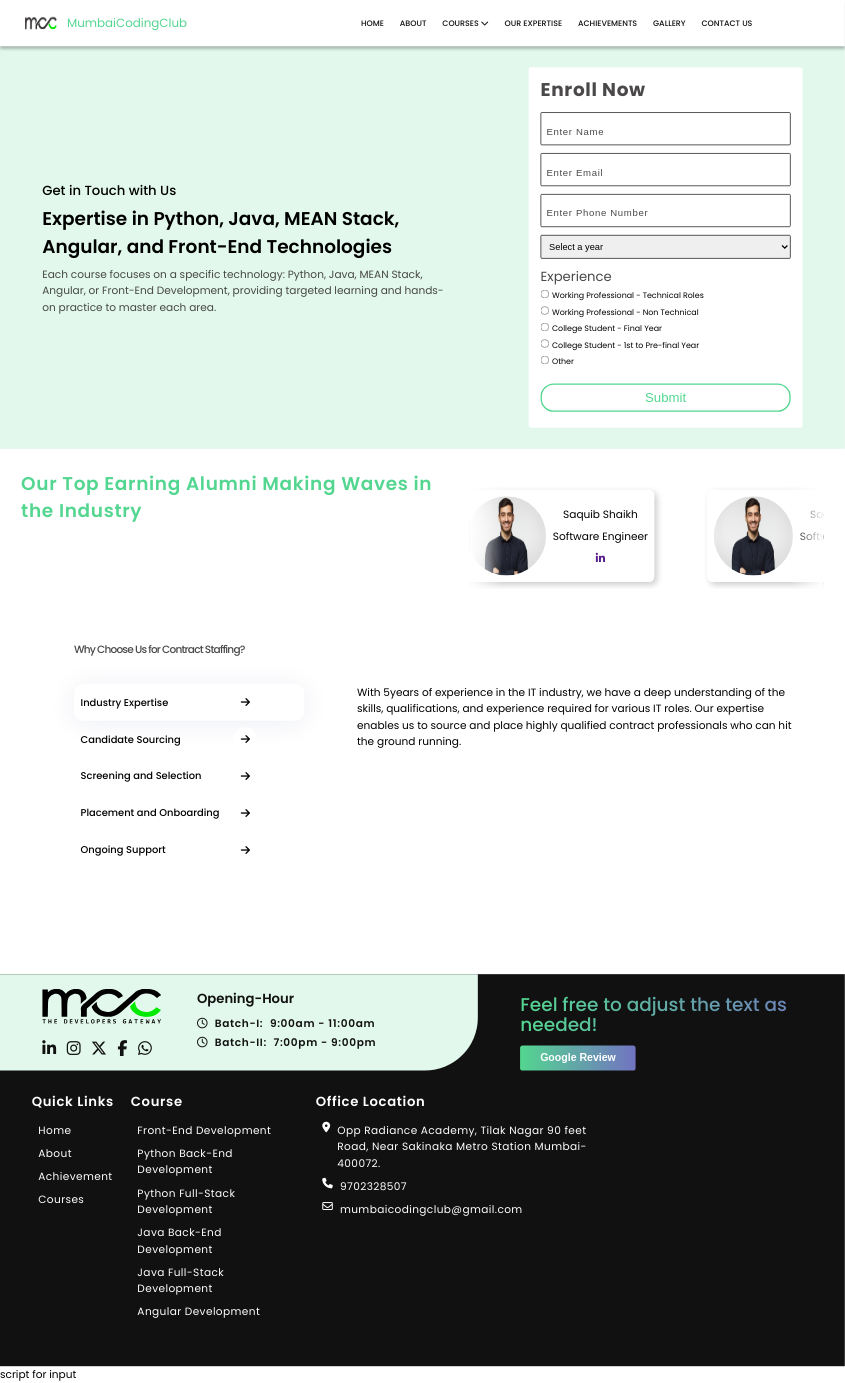
Repository: msmsa2001/mcc-theme
Page: contact.html
These files come from the project's save history. The page is drawn as it stood at one moment and after the next save; the edit follows.
The browser window is 1280 px wide. The pictures show the whole page, at 66% of full size.
Pictures or frames that could not be fetched are drawn as grey boxes.

Above is the page before, as saved 2024-07-26 03:20:31.
Console error: TypeError: Cannot read properties of null (reading 'querySelector')

After the next save:
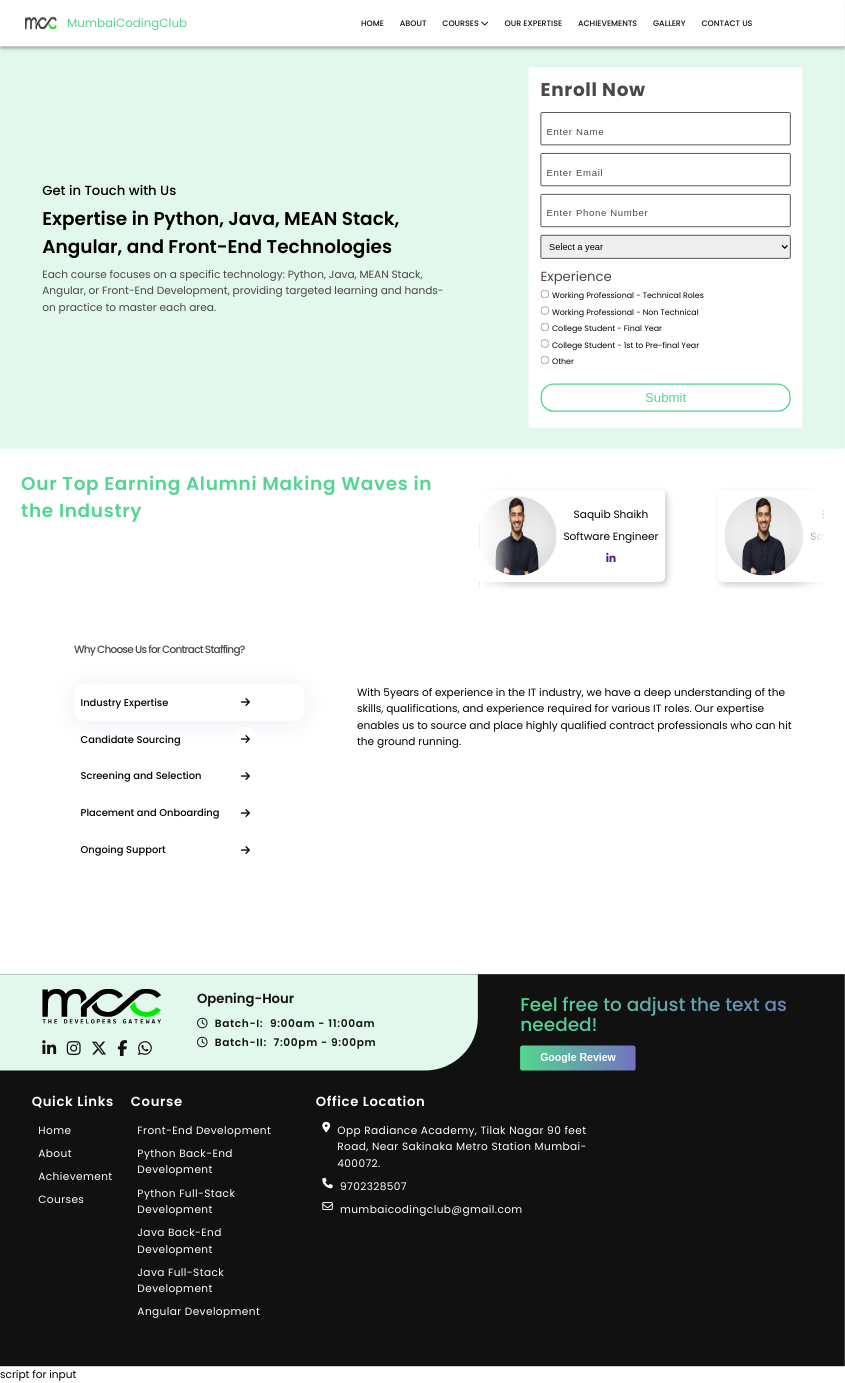
Saved 28 s later.
--- a/contact.css
+++ b/contact.css
@@ -105,6 +105,9 @@ body{
     gap: 1rem;
     padding: 2rem;
 }
+.container2 .title{
+    padding-right: 2rem;
+}
 .container2 .title p{
 font-size: var(--font-size2);
 letter-spacing: 1px;
